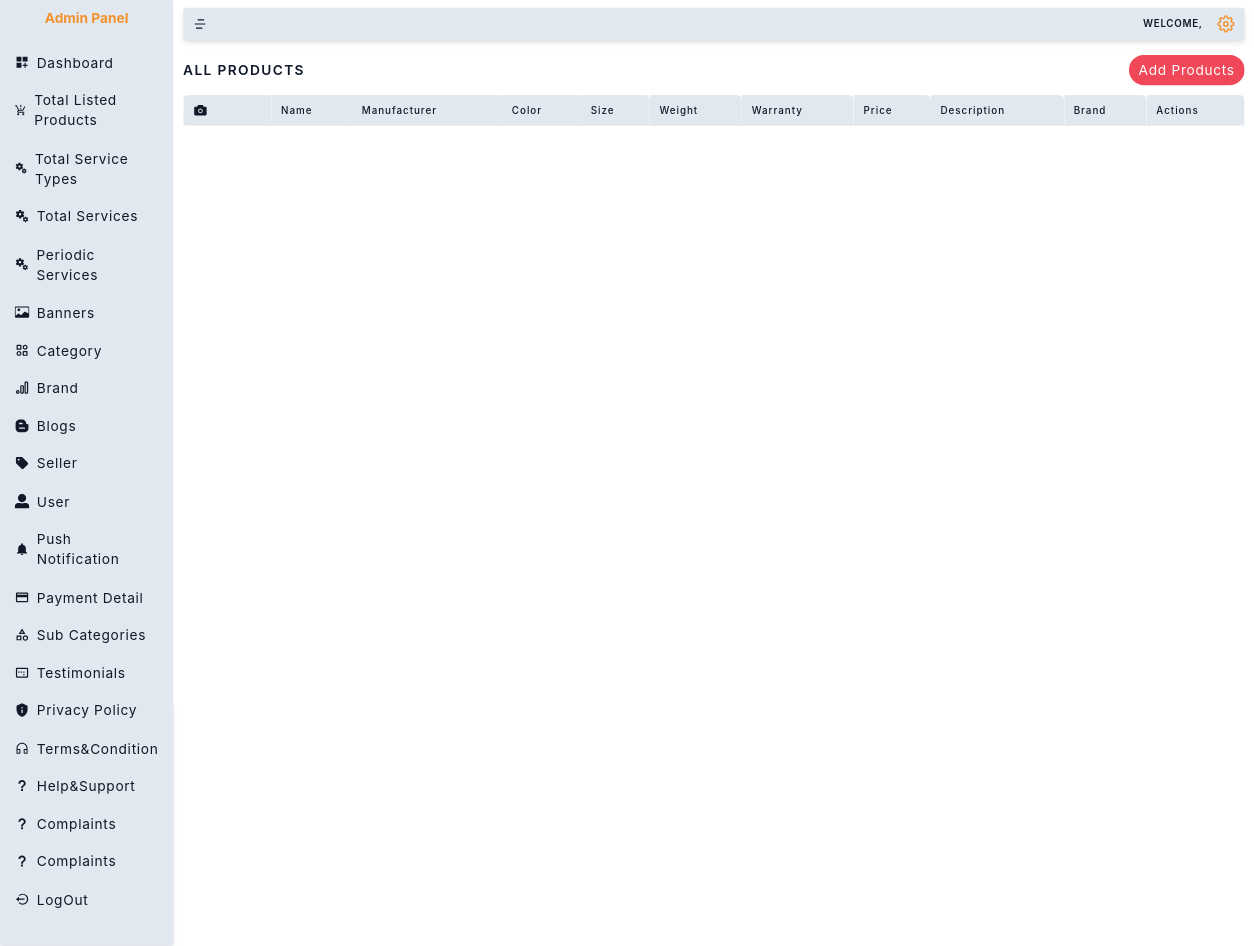
Repository: rohit0915/Mr-Arun-Chauhan-Admin-Panel
Page: /products
An editor plug-in stored every save of this project. The page is shown before and after the next save, followed by the edit.
The browser window is 1280 px wide. The pictures show the whole page, at 98% of full size.
The page's requests for data from a server got no answer. The project was rebuilt for these pictures with package versions that can differ from the ones it lists, and the page was loaded fresh each time. No one was signed in, and anything a server would have sent is missing. Also part of the build but not shown: src/components/forms/Login.jsx, src/components/pages/Dashboard.jsx, src/components/pages/categories/Categories.jsx, src/components/pages/subcategories/SubCategories.jsx, src/components/pages/manageprofiles/ManageProfiles.jsx, src/components/pages/banner/Banner.jsx, src/components/pages/gallary/Gallary.jsx, src/components/pages/booking/Booking.jsx and 81 more.

Above is the page before, as saved 2022-11-24 14:20:17.

After the next save:
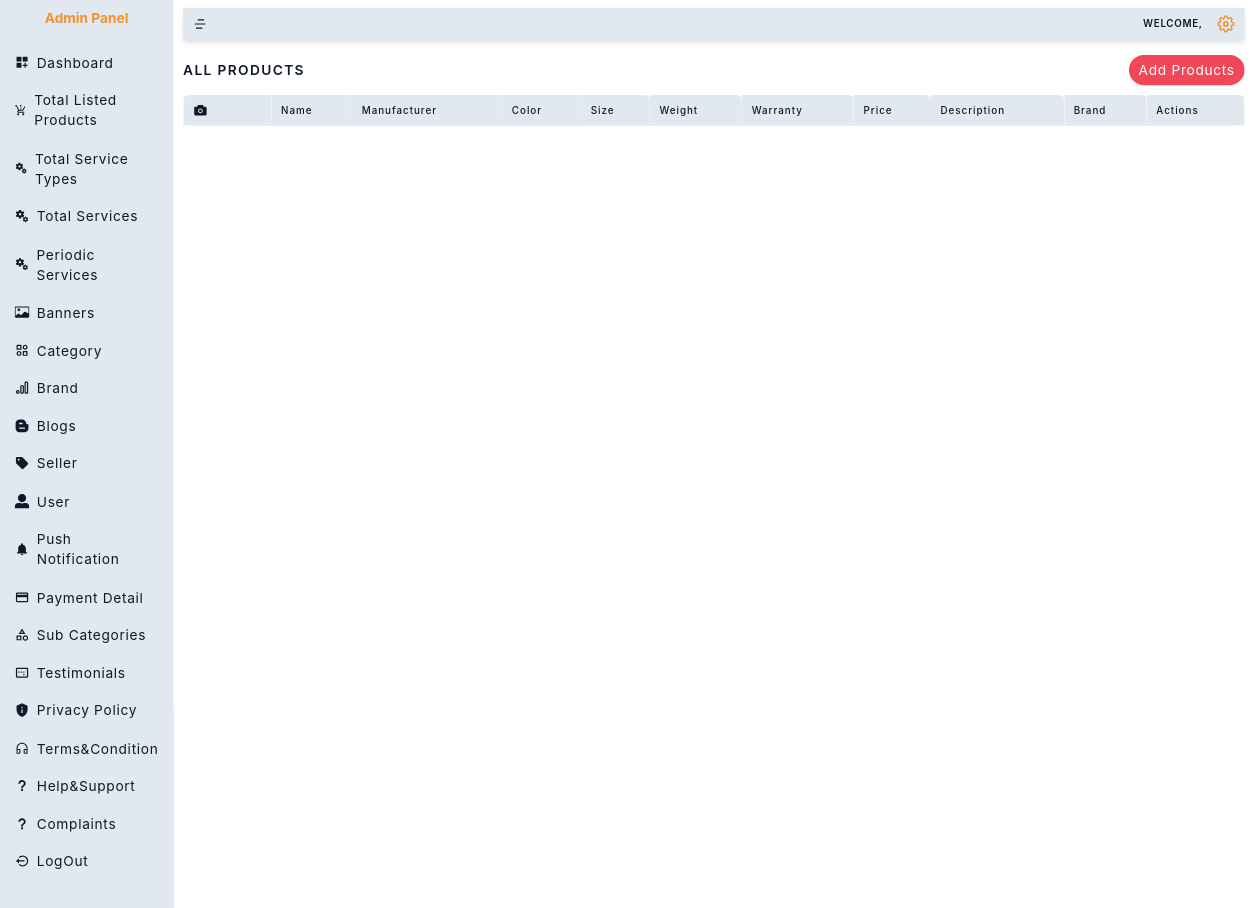
Saved 11 s later.
--- a/src/components/layout/Sidebar.jsx
+++ b/src/components/layout/Sidebar.jsx
@@ -122,11 +122,6 @@ const Sidebar = ({ hamb, setHamb }) => {
       name: "Complaints",
     },
 
-    {
-      icon: <IoMdHelp className="text-2xl mr-3  " />,
-      link: "/complaint",
-      name: "Complaints",
-    },
 
   ];
   const navigate = useNavigate();
